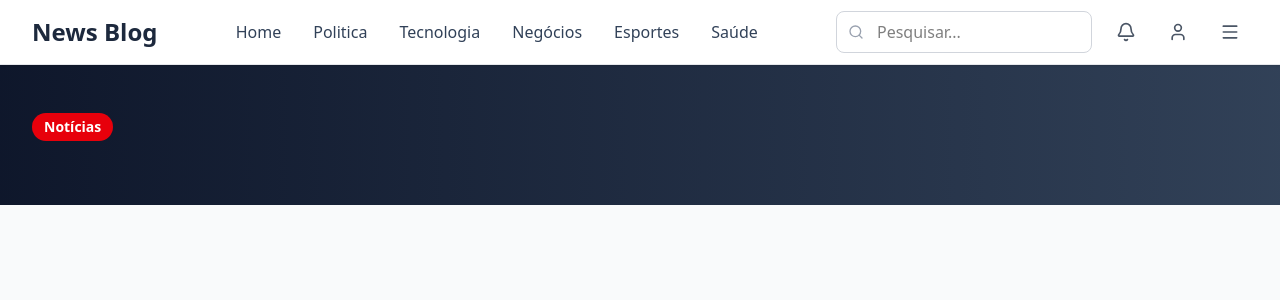
Repository: estevam02009/news-blog
Page: /
An editor plug-in stored every save of this project. The page is shown before and after the next save, followed by the edit.
The browser window is 1280 px wide. The pictures show the whole page.
The project was rebuilt for these pictures with package versions that can differ from the ones it lists, and the page was loaded fresh each time. Also part of the build but not shown: vite.config.ts.

Above is the page before, as saved 2025-08-08 18:30:37.

After the next save:
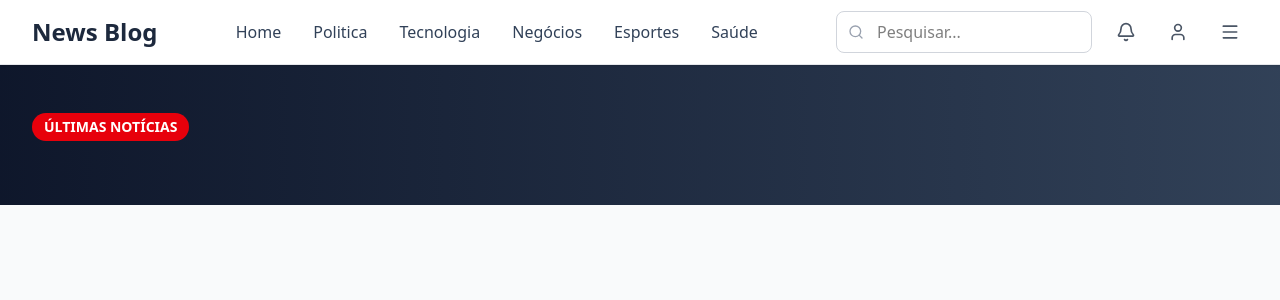
Saved 24 s later.
--- a/src/components/Hero.tsx
+++ b/src/components/Hero.tsx
@@ -8,7 +8,7 @@ const Hero: React.FC = () => {
                 <div className="grid grid-cols-1 lg:grid-cols-2 gap-8 items-center">
                     <div>
                         <span className="inline-block bg-red-600 text-white px-3 py-1 text-sm font-semibold rounded-full mb-4">
-                            Notícias
+                            ÚLTIMAS NOTÍCIAS
                         </span>
                     </div>
                 </div>
